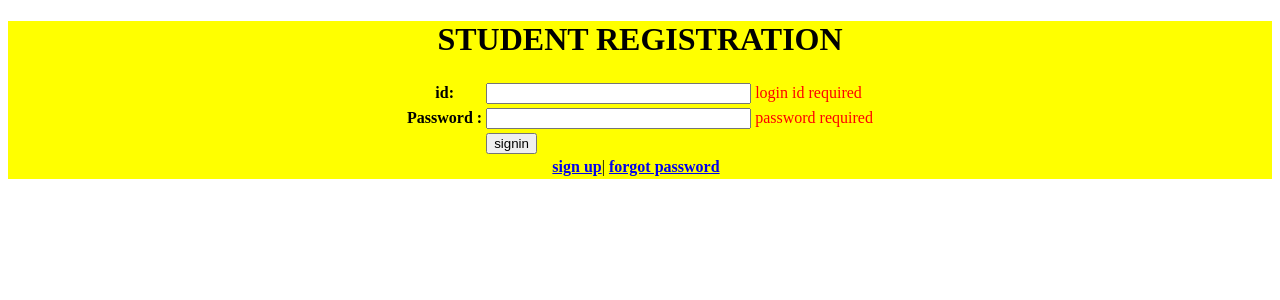
Repository: sachinmandloi1921/AdvanceJava
Page: http://localhost/Advance_Maven/loginview.jsp
An editor plug-in stored every save of this project. The page is shown before and after the next save, followed by the edit.
The browser window is 1280 px wide. The pictures show the whole page.
The page is served by Tomcat 9.

Above is the page before, as saved 2022-07-12 11:31:20.

After the next save:
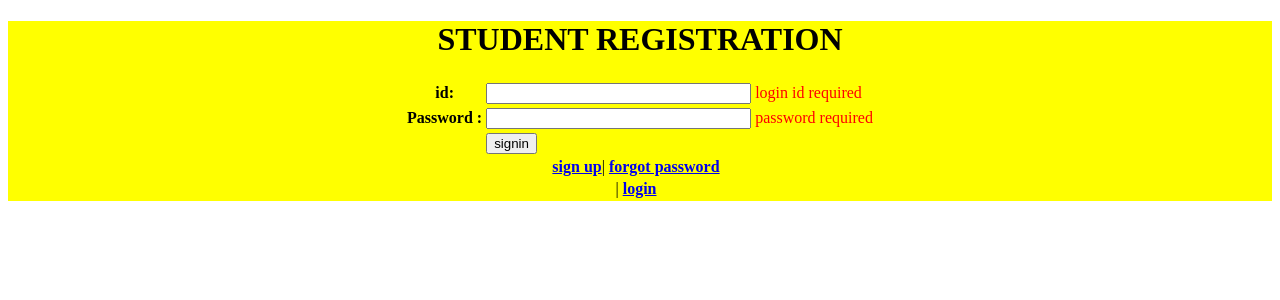
Saved 88 s later.
--- a/Advance Workspace/Advance_Maven/src/main/webapp/loginview.jsp
+++ b/Advance Workspace/Advance_Maven/src/main/webapp/loginview.jsp
@@ -35,6 +35,10 @@
 
 				<a href="/forgetpassword.jsp"><b>forgot password</b></a> &nbsp;</td>
 				</tr>
+				<td colspan="2" align="center"><a href="/welcomeview.jsp"><b></b></a>|
+
+				<a href="/loginview.jsp"><b>login</b></a> &nbsp;</td>
+				</tr>
 
 				</table>
 					</div>
